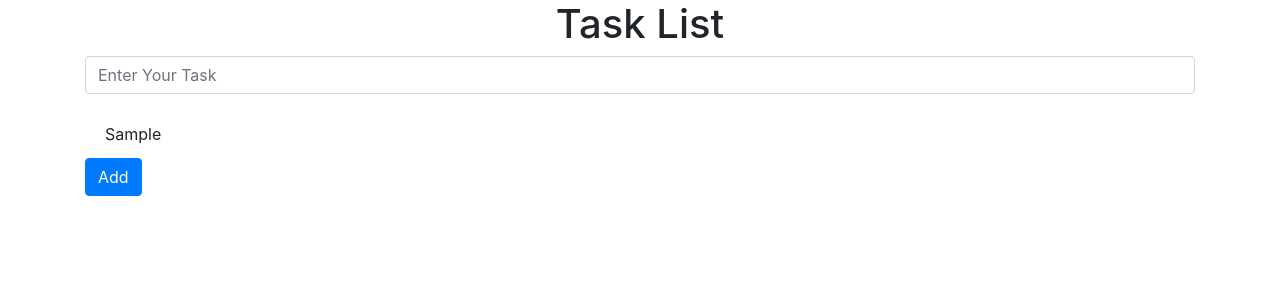
Repository: hoangphuong965/todolist
Page: index.html
An editor plug-in stored every save of this project. The page is shown before and after a run of saves, followed by the edit.
The browser window is 1280 px wide. The pictures show the whole page.
Empty fields were first filled with sample values (such as "Sample", 5 or name@example.com).
After loading, the first visible `form.form` was submitted once.

Above is the page before, as saved 2020-09-04 14:18:33.

After the next 3 saves:
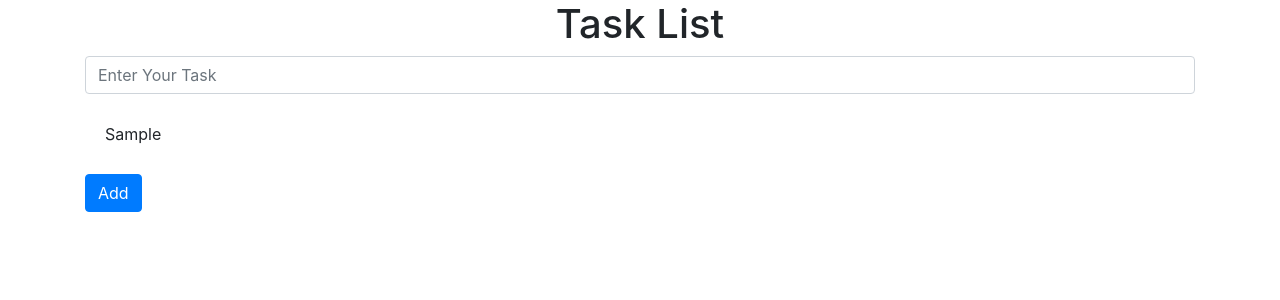
The 3 saves are shown as one change because they came seconds apart.
The last was saved 20 s later.
--- a/app.js
+++ b/app.js
@@ -7,12 +7,13 @@ form.addEventListener("submit", (e) => {
   add();
 });
 
-
 const add = () => {
   let ul = `
           <ol class="list-group list-group-flush grid">
-               <li class="list-group-item">${input.value}</li>
+               <li class="list-group-item">
+                    <p>${input.value}</p>
 
+               </li>
           </ol>
      `;
   input.value = "";
